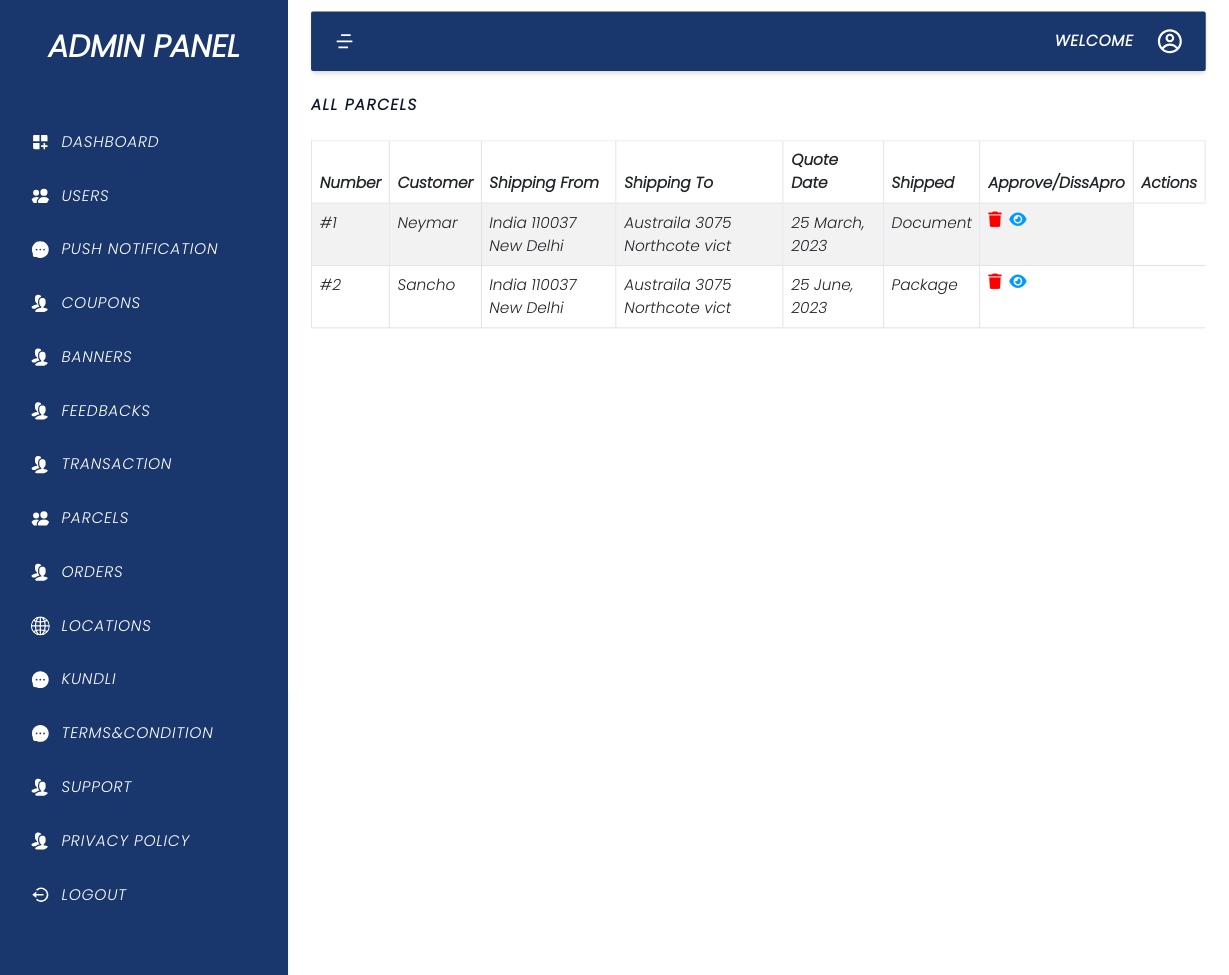
Repository: FlyweisReact/sarita
Page: /astro
An editor plug-in stored every save of this project. The page is shown before and after a run of saves, followed by the edit.
The browser window is 1280 px wide. The pictures show the whole page, at 96% of full size.
Some web libraries are served in a nearby version. The project was rebuilt for these pictures with package versions that can differ from the ones it lists, and the page was loaded fresh each time. Also part of the build but not shown: src/vendorPanel/forms/VendorLogin.jsx, src/vendorPanel/pages/AdminDiscount.js, src/vendorPanel/pages/AdminReview.js, src/vendorPanel/pages/Banners.js, src/vendorPanel/pages/Booking.js, src/vendorPanel/pages/Horoscope.js, src/vendorPanel/pages/Kundli.js, src/vendorPanel/pages/Message.js and 8 more.

Above is the page before, as saved 2023-04-19 13:03:14.

After the next 2 saves:
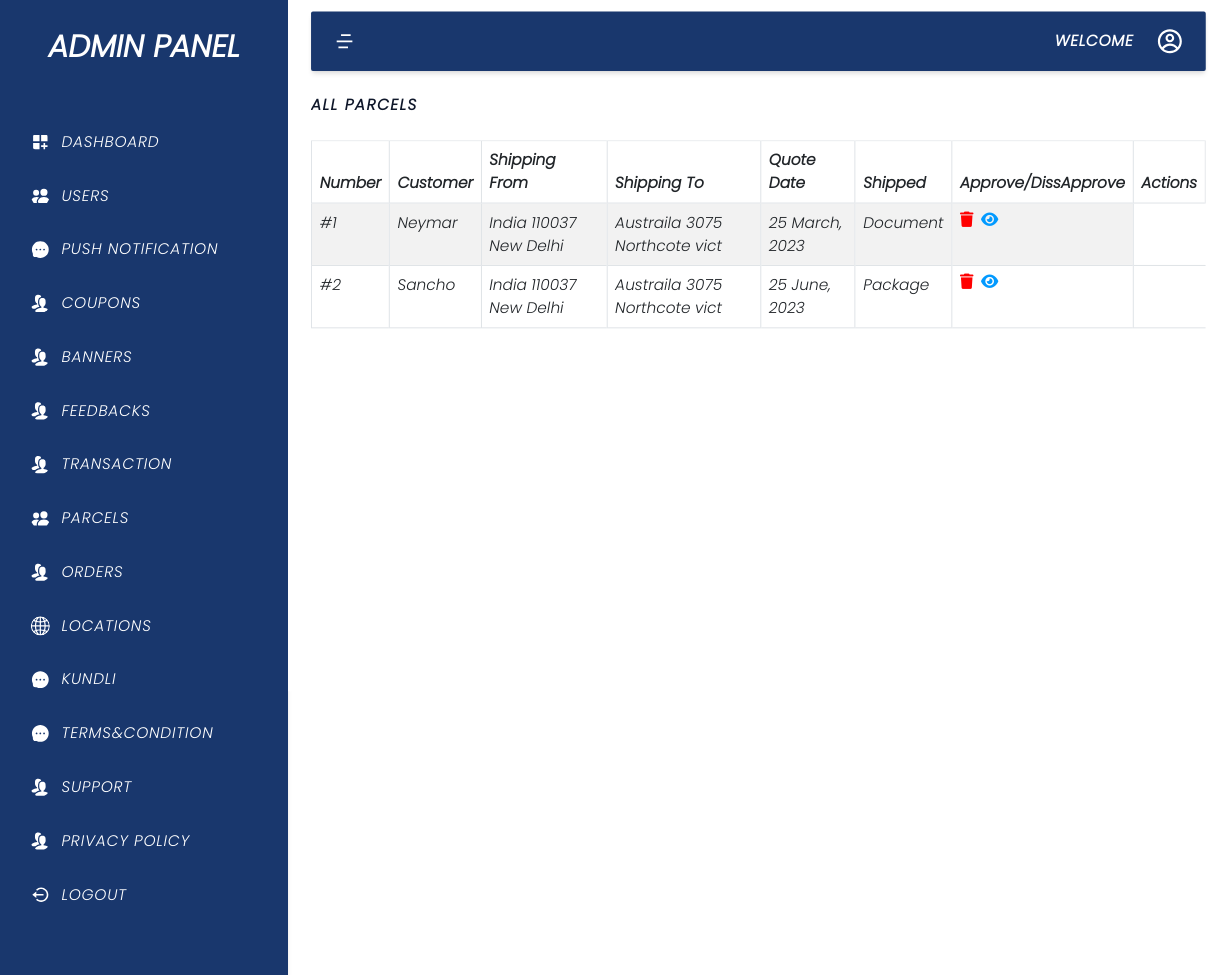
The 2 saves are shown as one change because they came seconds apart.
The last was saved 6 s later.
--- a/src/vendorPanel/pages/Astrologers.js
+++ b/src/vendorPanel/pages/Astrologers.js
@@ -179,7 +179,7 @@ const Astrologers = () => {
                 <th>Shipping To</th>
                 <th>Quote Date</th>
                 <th>Shipped</th>
-                <th>Approve/DissApro</th>
+                <th>Approve/DissApprove</th>
                 <th>Actions</th>
               </tr>
             </thead>
